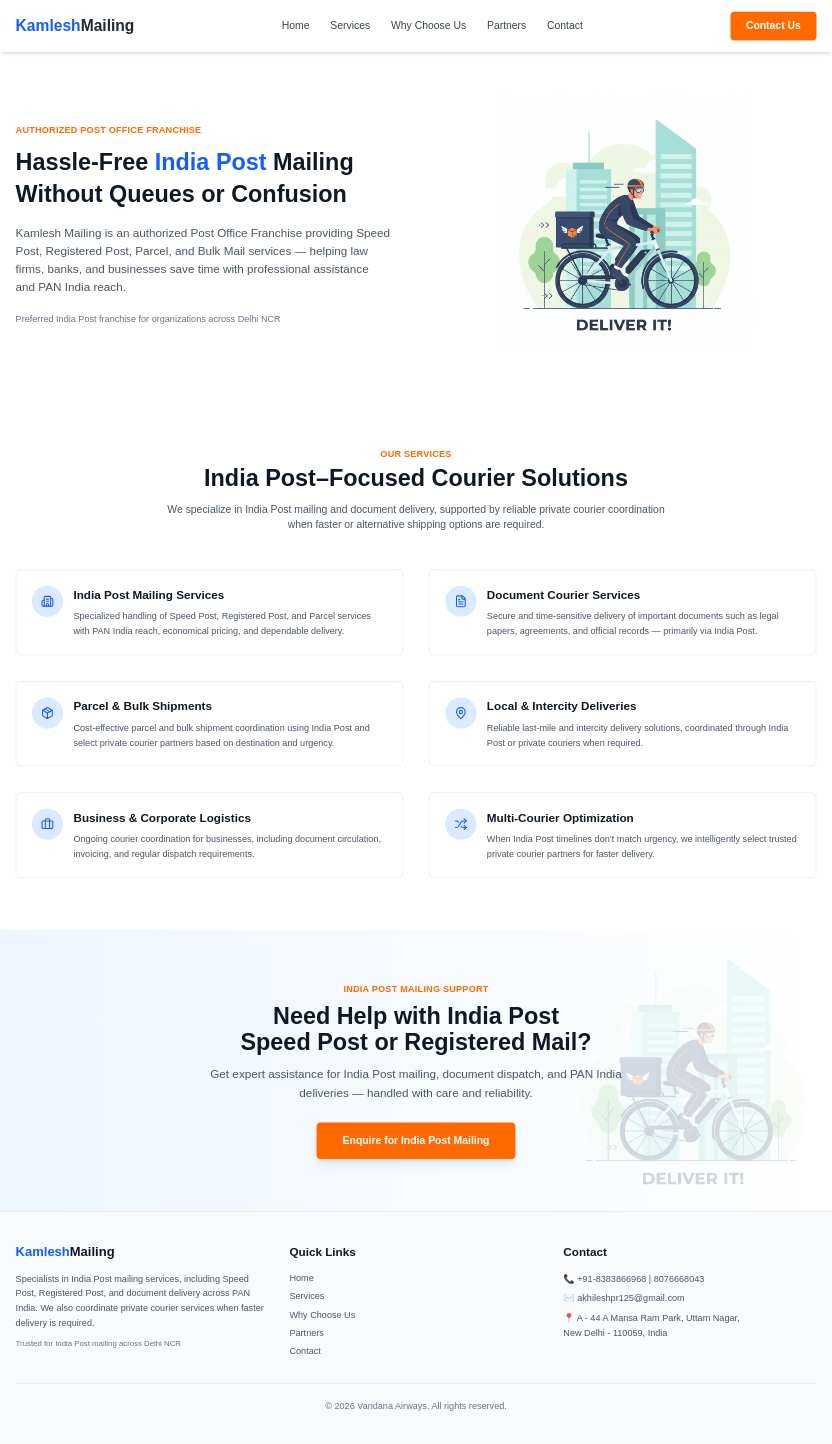
Repository: Rohit-foryou/Courier-Portfolio
Page: /
These files come from the project's save history. The page is drawn as it stood at one moment and after the next save; the edit follows.
The browser window is 1280 px wide. The pictures show the whole page, at 65% of full size.
The project was rebuilt for these pictures with package versions that can differ from the ones it lists, and the page was loaded fresh each time. The framework's server and built-in components were replaced by stand-ins that run in the browser. Also part of the build but not shown: next.config.ts.

Above is the page before, as saved 2026-02-11 01:30:06.

After the next save:
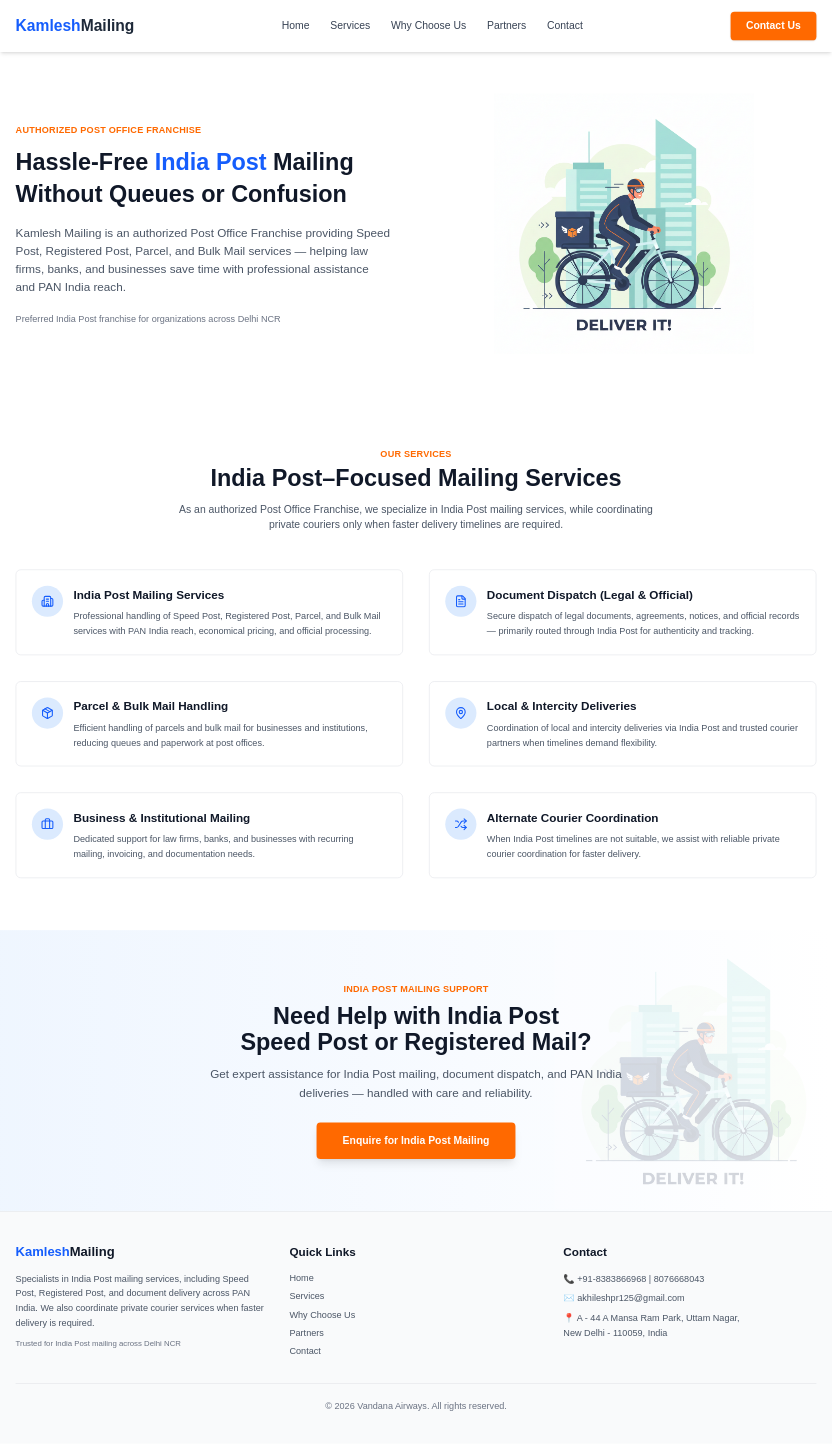
Saved 30 s later.
--- a/components/ServiceOverview.tsx
+++ b/components/ServiceOverview.tsx
@@ -18,13 +18,15 @@
           <p className="text-sm font-semibold text-orange-500 uppercase tracking-wide">
             Our Services
           </p>
+
           <h2 className="mt-2 text-3xl md:text-4xl font-bold text-gray-900">
-            India Post–Focused Courier Solutions
+            India Post–Focused Mailing Services
           </h2>
+
           <p className="mt-4 text-gray-600">
-            We specialize in India Post mailing and document delivery, supported
-            by reliable private courier coordination when faster or alternative
-            shipping options are required.
+            As an authorized Post Office Franchise, we specialize in India Post
+            mailing services, while coordinating private couriers only when
+            faster delivery timelines are required.
           </p>
         </div>
 
@@ -34,37 +36,37 @@
           {/* PRIMARY SERVICE */}
           <ServiceCard
             title="India Post Mailing Services"
-            description="Specialized handling of Speed Post, Registered Post, and Parcel services with PAN India reach, economical pricing, and dependable delivery."
+            description="Professional handling of Speed Post, Registered Post, Parcel, and Bulk Mail services with PAN India reach, economical pricing, and official processing."
             icon={<Building2 size={20} />}
           />
 
           <ServiceCard
-            title="Document Courier Services"
-            description="Secure and time-sensitive delivery of important documents such as legal papers, agreements, and official records — primarily via India Post."
+            title="Document Dispatch (Legal & Official)"
+            description="Secure dispatch of legal documents, agreements, notices, and official records — primarily routed through India Post for authenticity and tracking."
             icon={<FileText size={20} />}
           />
 
           <ServiceCard
-            title="Parcel & Bulk Shipments"
-            description="Cost-effective parcel and bulk shipment coordination using India Post and select private courier partners based on destination and urgency."
+            title="Parcel & Bulk Mail Handling"
+            description="Efficient handling of parcels and bulk mail for businesses and institutions, reducing queues and paperwork at post offices."
             icon={<Package size={20} />}
           />
 
           <ServiceCard
             title="Local & Intercity Deliveries"
-            description="Reliable last-mile and intercity delivery solutions, coordinated through India Post or private couriers when required."
+            description="Coordination of local and intercity deliveries via India Post and trusted courier partners when timelines demand flexibility."
             icon={<MapPin size={20} />}
           />
 
           <ServiceCard
-            title="Business & Corporate Logistics"
-            description="Ongoing courier coordination for businesses, including document circulation, invoicing, and regular dispatch requirements."
+            title="Business & Institutional Mailing"
+            description="Dedicated support for law firms, banks, and businesses with recurring mailing, invoicing, and documentation needs."
             icon={<Briefcase size={20} />}
           />
 
           <ServiceCard
-            title="Multi-Courier Optimization"
-            description="When India Post timelines don’t match urgency, we intelligently select trusted private courier partners for faster delivery."
+            title="Alternate Courier Coordination"
+            description="When India Post timelines are not suitable, we assist with reliable private courier coordination for faster delivery."
             icon={<Shuffle size={20} />}
           />
         </div>
